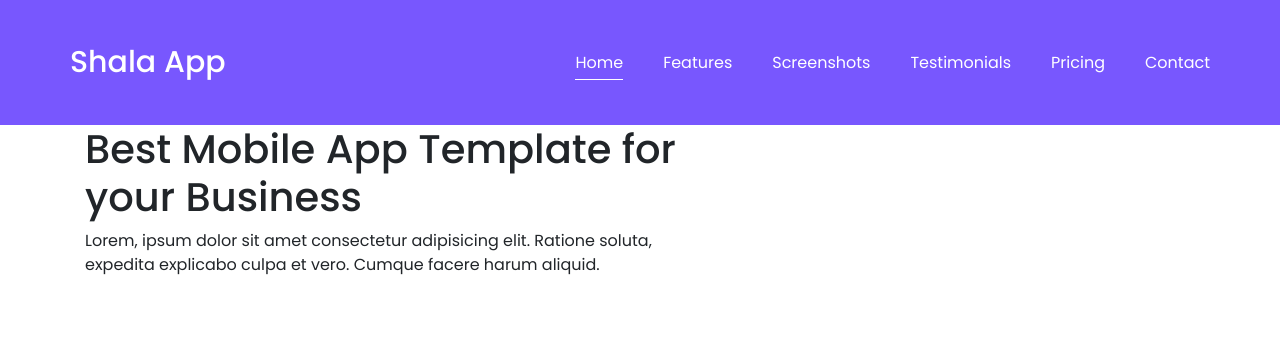
Repository: Mohamed-Hema/Shala-App
Page: index.html
The author's editor kept a copy of each file at every save. The page is drawn from the files as they stood at one save, then again after the next save.
The browser window is 1280 px wide. The pictures show the whole page.

Above is the page before, as saved 2021-02-13 08:51:47.

After the next save:
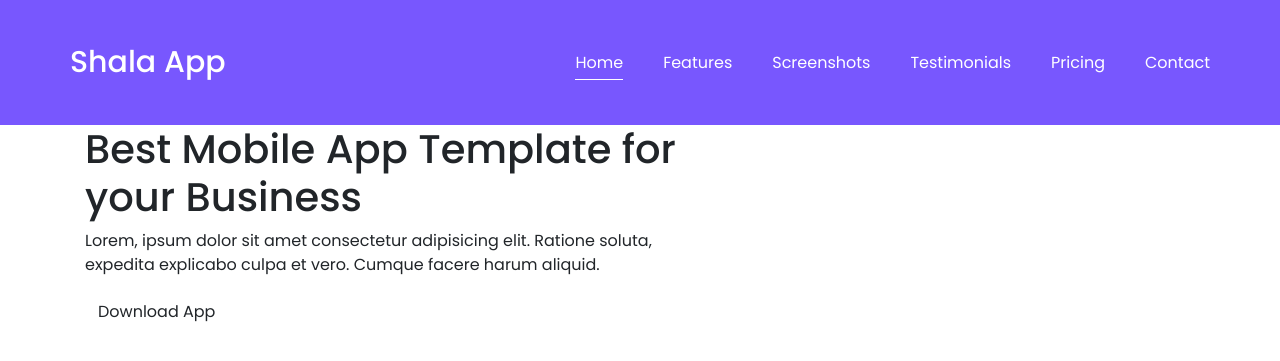
Saved 31 s later.
--- a/index.html
+++ b/index.html
@@ -62,7 +62,7 @@
             <h1>Best Mobile App Template for your Business</h1>
             <p>Lorem, ipsum dolor sit amet consectetur adipisicing elit. Ratione soluta, expedita explicabo culpa et vero. Cumque facere harum aliquid.</p>
             <div class="home-btn">
-
+              <a href="#" class="btn btn-1">Download App</a>
             </div>
           </div>
         </div>
